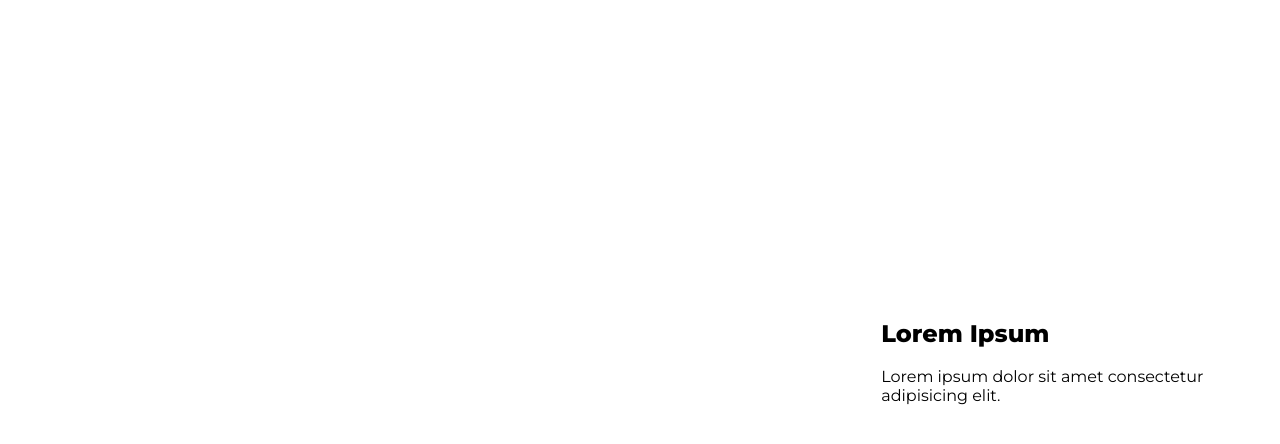
Repository: bwieckowski/spacer-vue-tutorial
Page: /
These files come from the project's save history. The page is drawn as it stood at one moment and after a run of saves; the edit follows.
The browser window is 1280 px wide. The pictures show the whole page.
The project was rebuilt for these pictures with package versions that can differ from the ones it lists, and the page was loaded fresh each time. Also part of the build but not shown: src/components/Item.vue.

Above is the page before, as saved 2019-01-04 23:39:57.

After the next 7 saves:
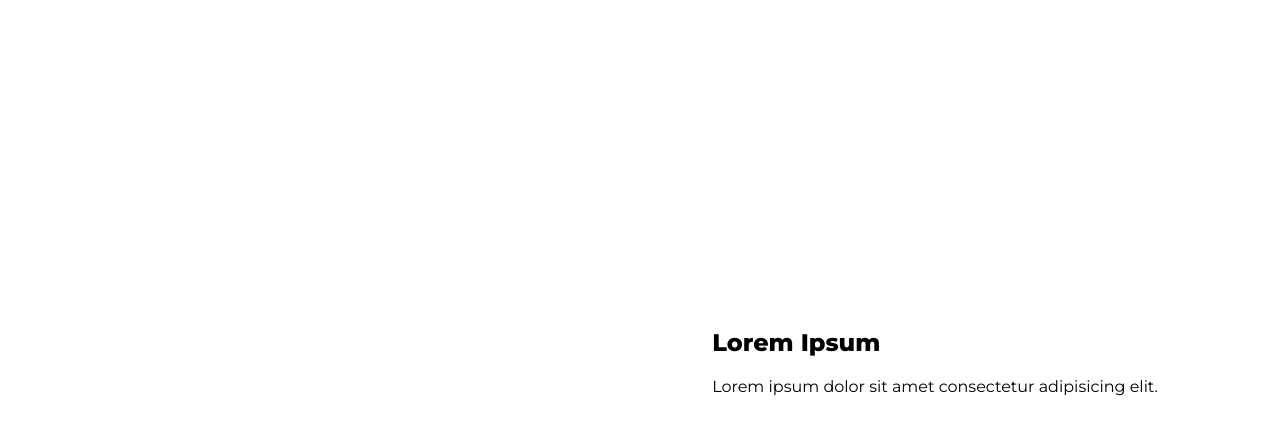
The 7 saves are shown as one change because they came seconds apart.
The last was saved 39 s later.
--- a/src/components/Modal.vue
+++ b/src/components/Modal.vue
@@ -36,8 +36,11 @@ export default {
   align-items: center;
   padding:50px;
 
+
   .photo{
-    width:90%;
+    height: 90%;
+    width:50%;
+
   }
 }
 </style>
